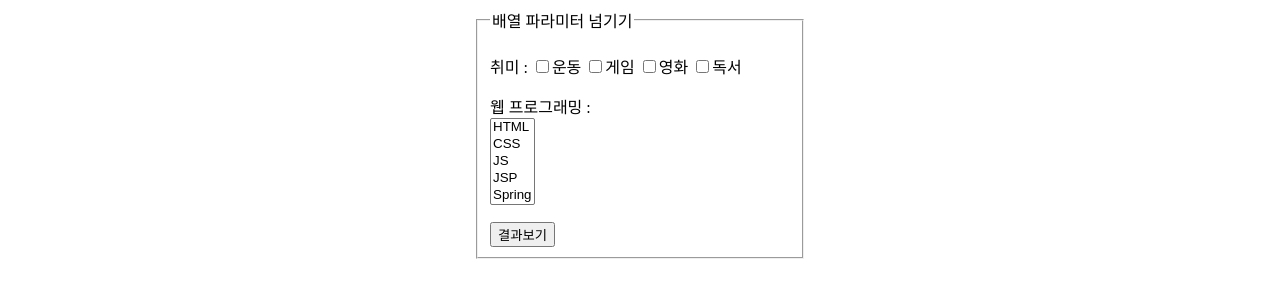
Repository: wjsjsn/23_jspstudy
Page: 01_servlet/src/main/webapp/view/ex09.html
These files come from the project's save history. The page is drawn as it stood at one moment and after the next save; the edit follows.
The browser window is 1280 px wide. The pictures show the whole page.

Above is the page before, as saved 2023-07-03 02:09:26.

### 01_servlet/src/main/webapp/view/ex09.html
<!DOCTYPE html>
<html>
<head>
<meta charset="UTF-8">
<title>Insert title here</title>
<style type="text/css">
	fieldset {
	width: 300px;
	margin: 0 auto;
}
</style>
</head>
<body>
<form action="/01_servlet/Ex09" method="post">
	<fieldset>
		<legend>배열 파라미터 넘기기</legend>
		<p>
		취미 :
		<input type="checkbox" name="hobby" value="운동">운동
		<input type="checkbox" name="hobby" value="게임">게임
		<input type="checkbox" name="hobby" value="영화">영화
		<input type="checkbox" name="hobby" value="독서">독서
		</p>
		<p>웹 프로그래밍 : <br>
		<select name="web" multiple size="5">
			<option>HTML</option>
			<option>CSS</option>
			<option>JS</option>
			<option>JSP</option>
			<option>Spring</option>
		</select>
		</p>
		<input type="submit" value="결과보기">
	</fieldset>
</form>
</body>
</html>

After the next save:
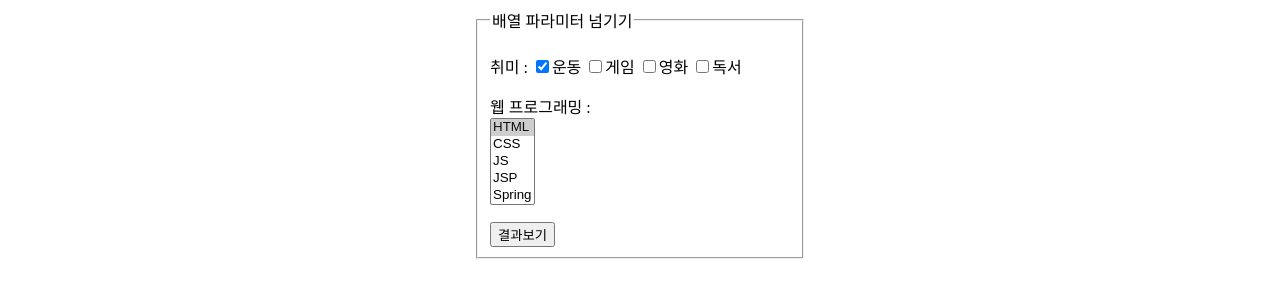
Saved 63 s later.
--- a/01_servlet/src/main/webapp/view/ex09.html
+++ b/01_servlet/src/main/webapp/view/ex09.html
@@ -16,14 +16,14 @@
 		<legend>배열 파라미터 넘기기</legend>
 		<p>
 		취미 :
-		<input type="checkbox" name="hobby" value="운동">운동
+		<input type="checkbox" name="hobby" value="운동" checked>운동
 		<input type="checkbox" name="hobby" value="게임">게임
 		<input type="checkbox" name="hobby" value="영화">영화
 		<input type="checkbox" name="hobby" value="독서">독서
 		</p>
 		<p>웹 프로그래밍 : <br>
 		<select name="web" multiple size="5">
-			<option>HTML</option>
+			<option selected>HTML</option>
 			<option>CSS</option>
 			<option>JS</option>
 			<option>JSP</option>
